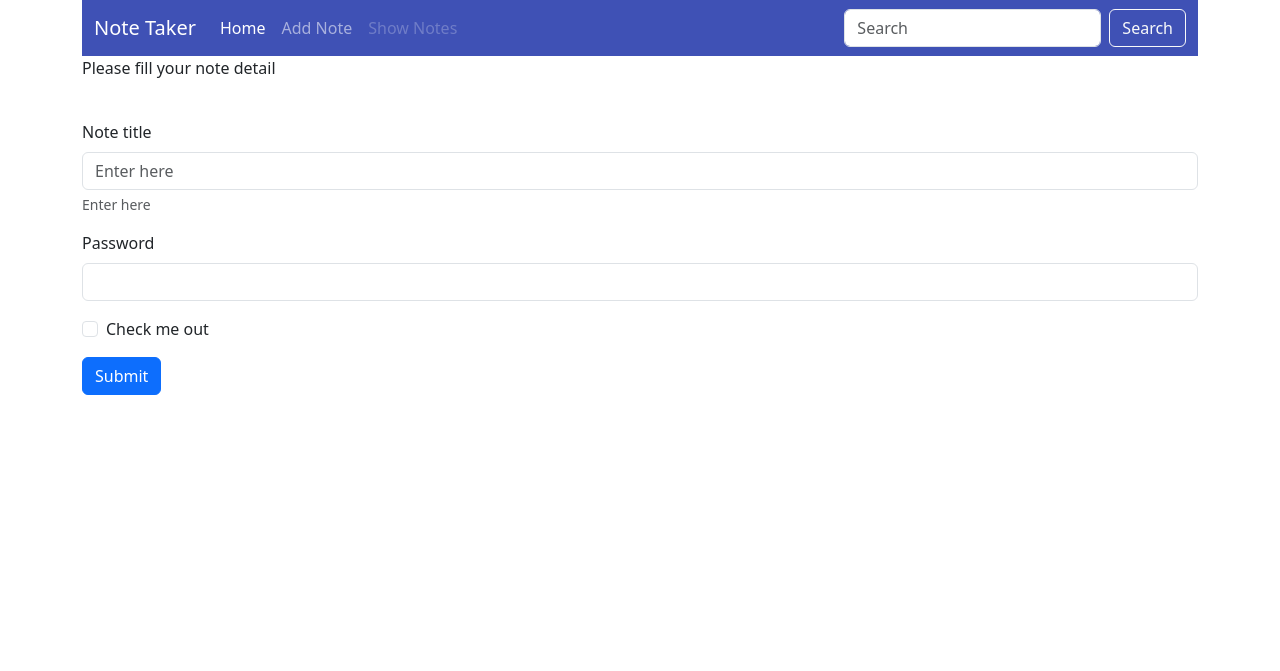
Repository: a-man-sheikh/NoteTaker
Page: http://localhost/NoteTaker/add_note.jsp
An editor plug-in stored every save of this project. The page is shown before and after the next save, followed by the edit.
The browser window is 1280 px wide. The pictures show the whole page.
The page is served by Tomcat 9.

Above is the page before, as saved 2024-03-21 16:35:18.

After the next save:
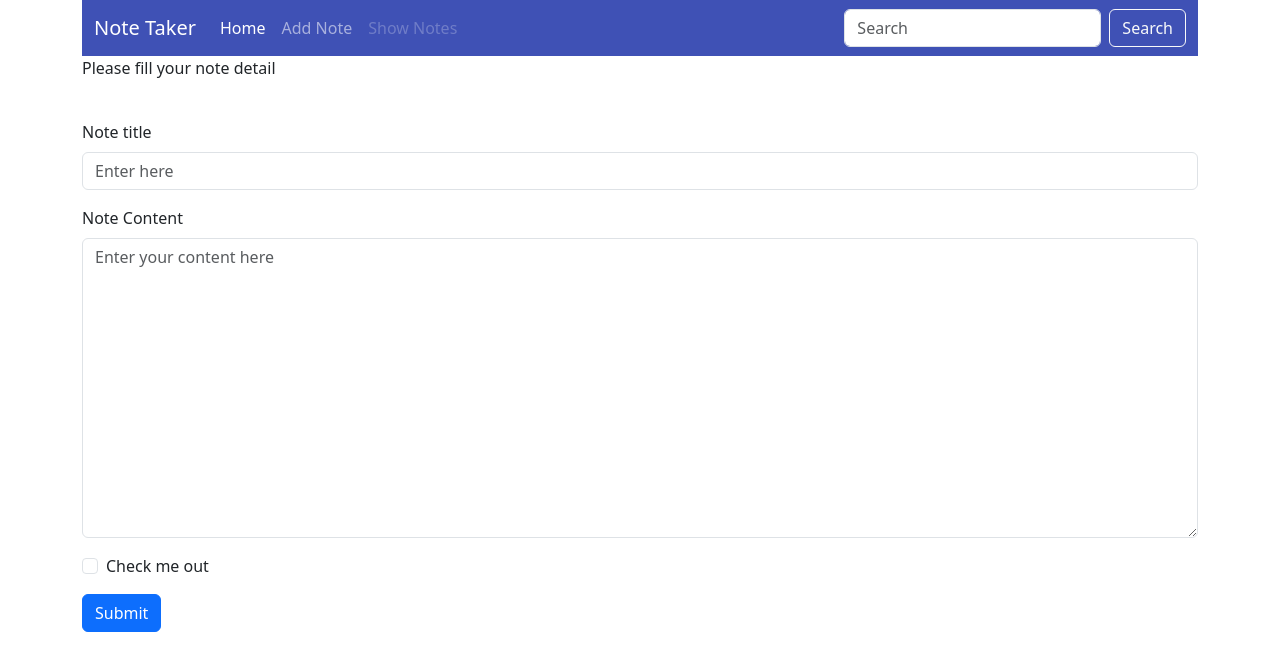
Saved 2 min 39 s later.
--- a/NoteTaker/src/main/webapp/add_note.jsp
+++ b/NoteTaker/src/main/webapp/add_note.jsp
@@ -21,11 +21,11 @@
   <div class="mb-3">
     <label for="title" class="form-label">Note title</label>
     <input type="text" class="form-control" id="title" aria-describedby="emailHelp" placeholder="Enter here">
-    <div id="title" class="form-text">Enter here</div>
+
   </div>
   <div class="mb-3">
-    <label for="exampleInputPassword1" class="form-label">Password</label>
-    <input type="password" class="form-control" id="exampleInputPassword1">
+    <label for="exampleInputPassword1" class="form-label">Note Content</label>
+    <textarea id="content" placeholder="Enter your content here" class="form-control" style="height:300px;" ></textarea>
   </div>
   <div class="mb-3 form-check">
     <input type="checkbox" class="form-check-input" id="exampleCheck1">
